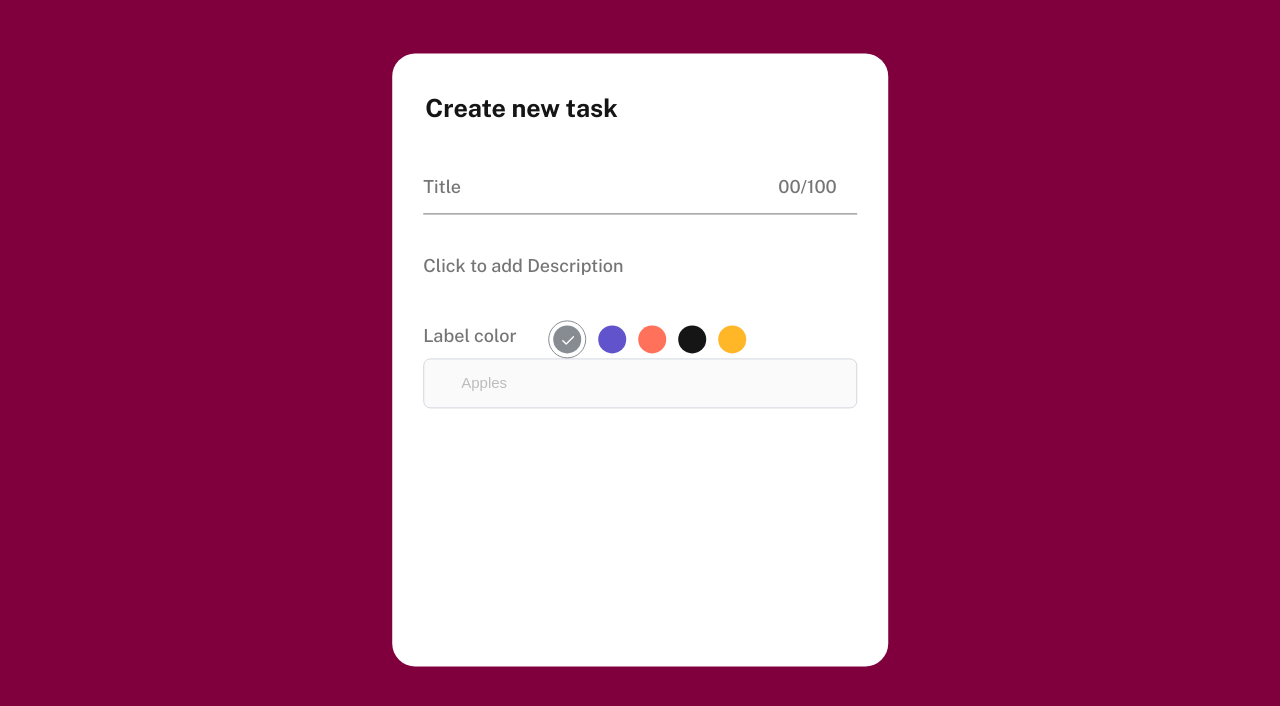
Repository: MorgunovaAlexandra/verstka-form
Page: index.html
These files come from the project's save history. The page is drawn as it stood at one moment and after the next save; the edit follows.
The browser window is 1280 px wide. The pictures show the whole page.
The style sheet was rebuilt from its Sass, Less or Tailwind sources for each picture, by a compiler version that may differ from the author's.

Above is the page before, as saved 2022-06-24 13:54:00.

### index.html
<!DOCTYPE html>
<html lang="ru">
<head>
    <meta charset="UTF-8">
    <meta http-equiv="X-UA-Compatible" content="IE=edge">
    <meta name="viewport" content="width=device-width, initial-scale=1.0">
    <link rel="stylesheet" href="./css/style.css">
    <title>Document</title>
</head>
<body>
    <div class="wrapper">
       <form class="form">

           <div class="fieldset">
            <legend><b>Create new task</b></legend>
            <div class="form__container __container">
            <div class="text-field">
                <input class="text-field__input" type="text" name="firstname" id="firstname"
                >
                <label class="text-field__label" for="username">Title</label>
                <label class="text-field__label2" for="username">00/100</label>
              </div>
              <div class="form-field__text">Click to add Description</div>
              <div class="form-fied__color field-color">
                  <div class="field-color__text">Label color</div>
                  <div class="field-color__color circle">
                      <div class="circle__border">
                          <div class="circle__color grey">
                              <img class="circle__img" src="./img/done.svg">
                          </div>
                      </div>
                      <div class="circle__color purple"></div>
                      <div class="circle__color red"></div>
                      <div class="circle__color black"></div>
                      <div class="circle__color yellow"></div>
                  </div>
              </div>
              <div class="form-field__select">
                  <select name="select-category" id="" class="select">
                    <option value="1">Apples</option>
                    <option value="2">Bananas</option>
                    <option value="3">Grapes</option>
                  </select>
              </div>
              </div>
           </div>
        </form>
    </div>
</body>
</html>

### scss/style.scss
@import "variables";
@import "mixins";
@import url('https://fonts.googleapis.com/css2?family=Public+Sans:wght@500;700&display=swap');
body {
   @include vov(rgb(128, 0, 62));
   font-family:$fontFamily ;
   font-weight: $fontWaight;
   line-height: $lineHeight;
   font-size: $fontSize;
   color:$ColorGrey;
}
.__container{
    padding-left: 31px;
    padding-right: 31px;
}
.form{
    width: 495.55px;
    height: 613.21px;
    background-color: white;
    border-radius: 23px;
     box-sizing: border-box;
    position: fixed; top: 50%; left: 50%;
    -webkit-transform: translate(-50%, -50%);
    -ms-transform: translate(-50%, -50%);
    transform: translate(-50%, -50%);
}
legend{
    margin-top: 40px;
    margin-left: 31px;
    font-weight: 700;
    font-size: 25px;
    color:$ColorBlack;
}
.text-field{
    position: relative;
    display: flex;
    justify-content: center;
    margin-top: 46px;
    margin-bottom: 36px;

}
.text-field__input{
    width: 100%;
    height: 40px;
    border: none;
    border-bottom: 1px solid $ColorGrey ;

    }
.text-field__label{
   position: absolute;
   left: 0px;

}
.text-field__label2{
    position: absolute;
    right: 20px;
}
.form-field__text{
    margin-bottom: 38px;
}
.form-fied__color{
    display: flex;
    justify-content: flex-start;
}
.field-color__text{
margin-right: 32px;
}
.field-color__color{
    display: flex;
   align-items: center;
}

.circle__border{
    position: relative;
    width: 36px;
    height: 36px;
    border-radius: 50%;
    border: 1px solid #878C93;
}
.grey{
    position: absolute;
    width: 28px;
    height: 28px;
    top:4px;
    left: 4px;
    border-color: #878C93;
    border-radius: 50%;
    z-index: 30;

    background-color:
    #878C93;
}
.circle__img{
    position: absolute;
    top:10px;
    left: 8px;
}
.circle__color{
    width: 28px;
    height: 28px;
    border-radius: 50%;
    margin-right:12px ;
}
.purple{
    background-color: #6153CC;
    margin-left: 12px;
}
.red{
    background-color:#FF715B;
}
.black{
    background-color:$ColorBlack;
}
.yellow{
    background-color:#FFB627;
    margin-right:0px ;
}
.select{
    appearance: none;
    border: 1px solid #566789;
    opacity: 26%;
    width: 100%;
    height: 50px;
    border-radius: 7px;
    cursor: pointer;
    padding-left: 37px;
    padding-top: 15px;
    padding-bottom: 16px;
    padding-right: 35px;
    font-size: 15px;
}

### scss/variables.scss
$bgColor: green;
$fontFamily:'Public Sans', sans-serif;
$fontWaight:500;
$fontSize:18px;
$lineHeight:31.86px;
$ColorBlack:#151515;
$ColorGrey:#757575;

### scss/mixins.scss
@mixin vov($color) {
    font-size: 30px;
    background-color:$color ;
}

After the next save:
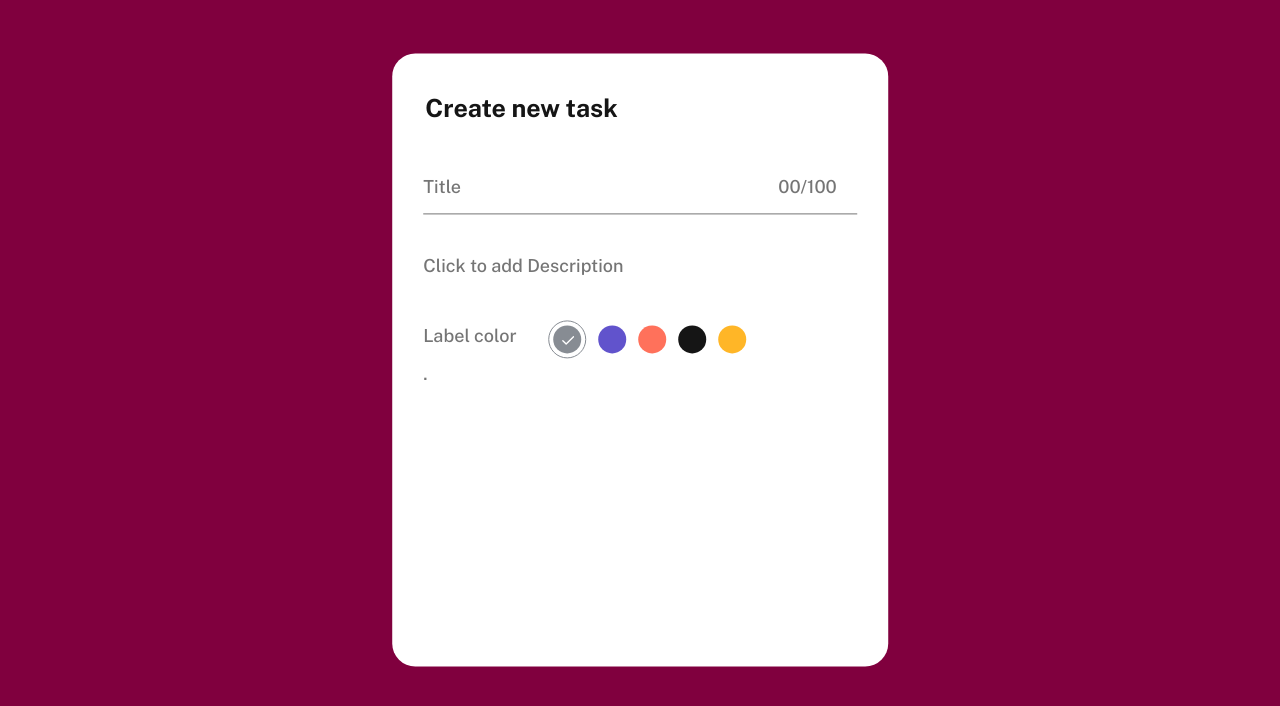
Saved 27 s later.
--- a/index.html
+++ b/index.html
@@ -36,11 +36,7 @@
                   </div>
               </div>
               <div class="form-field__select">
-                  <select name="select-category" id="" class="select">
-                    <option value="1">Apples</option>
-                    <option value="2">Bananas</option>
-                    <option value="3">Grapes</option>
-                  </select>
+                  .
               </div>
               </div>
            </div>
